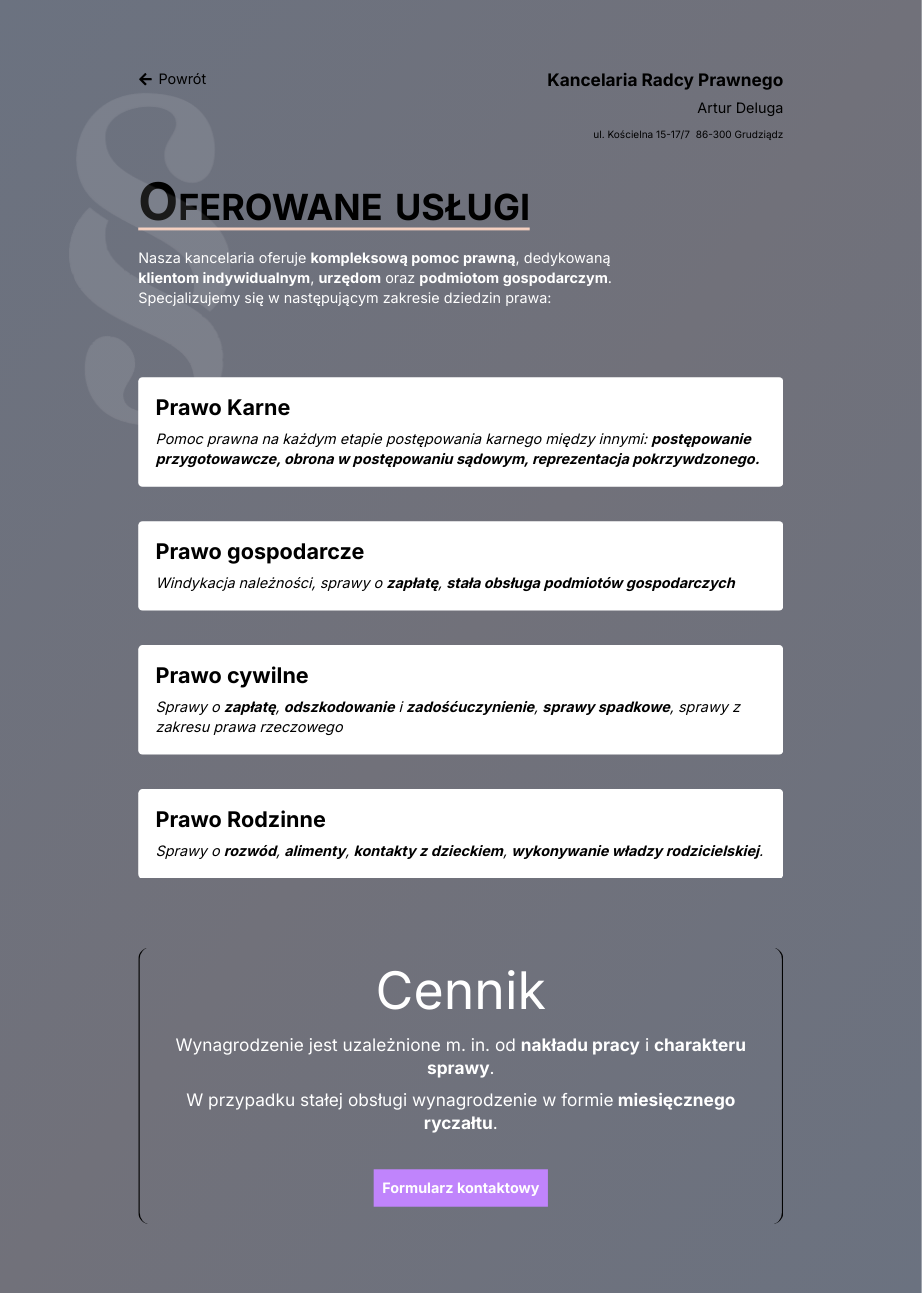
Repository: wesiudev/kancelaria-artur-deluga
Page: /oferta
These files come from the project's save history. The page is drawn as it stood at one moment and after the next save; the edit follows.
The browser window is 1280 px wide. The pictures show the whole page, at 72% of full size.
The project was rebuilt for these pictures with package versions that can differ from the ones it lists, and the page was loaded fresh each time. The framework's server and built-in components were replaced by stand-ins that run in the browser. Also part of the build but not shown: next.config.js.

Above is the page before, as saved 2023-08-09 16:47:47.

After the next save:
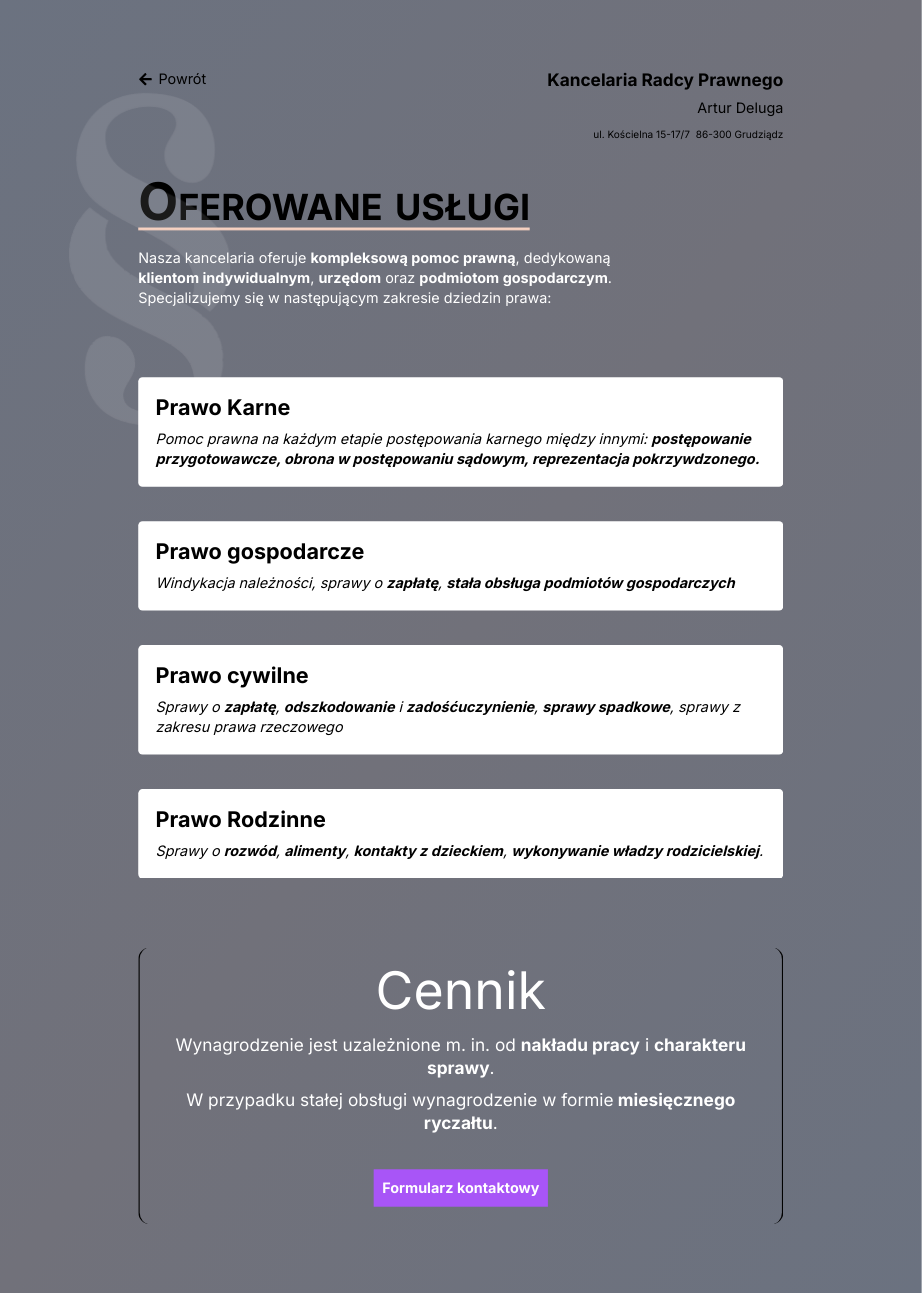
Saved 15 s later.
--- a/app/oferta/page.tsx
+++ b/app/oferta/page.tsx
@@ -150,7 +150,7 @@ export default function OfferMobile() {
             </p>
             <button
               onClick={() => setContactOpen(true)}
-              className=" p-3 bg-purple-400 hover:bg-purple-300 duration-300 mt-12 w-max mx-auto  text-xl text-white font-bold"
+              className=" p-3 bg-purple-500 hover:bg-purple-400 duration-300 mt-12 w-max mx-auto  text-xl text-white font-bold"
             >
               Formularz kontaktowy
             </button>
